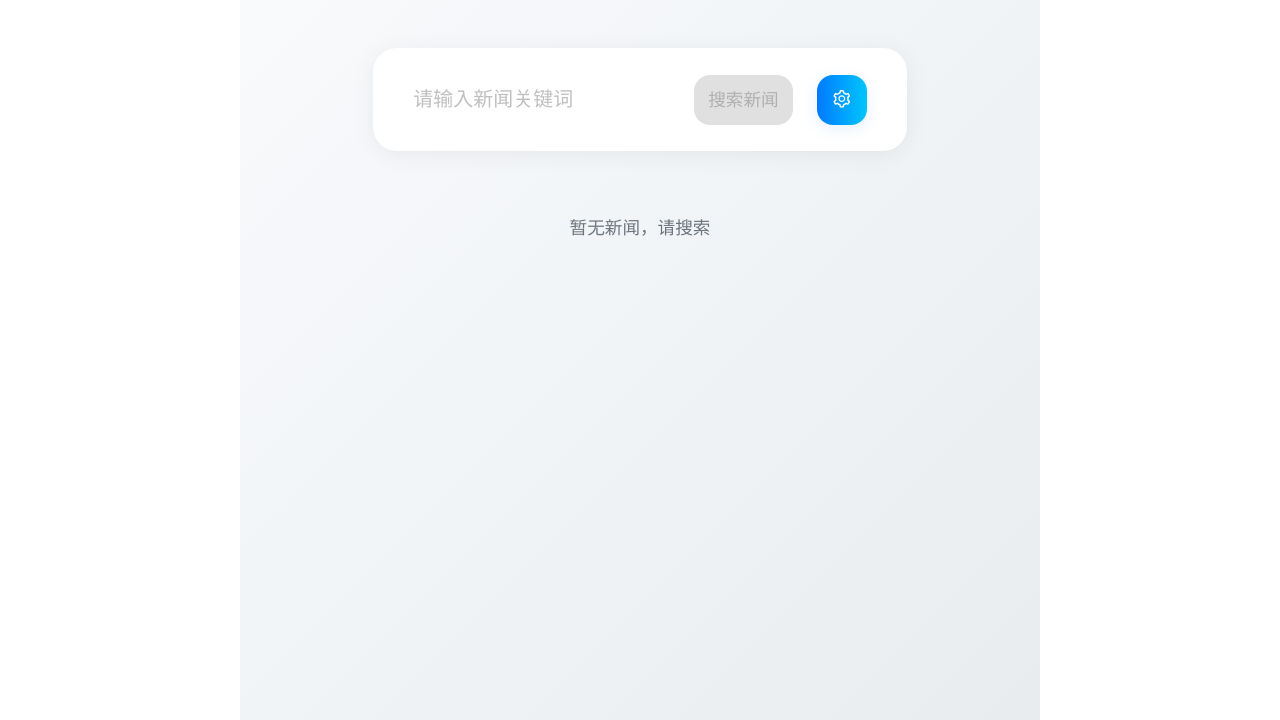
Repository: XJN7197/NewsAssistantBaseMCP
Page: / (app in frontend/)
The author's editor kept a copy of each file at every save. The page is drawn from the files as they stood at one save, then again after the next save.
The browser window is 1280 px wide. The pictures show the whole page.
The project was rebuilt for these pictures with package versions that can differ from the ones it lists, and the page was loaded fresh each time. Also part of the build but not shown: frontend/vite.config.ts.

Above is the page before, as saved 2025-05-23 18:09:35.

### frontend/src/App.tsx
import { useState } from 'react'
import Home from './pages/Home'
import './App.css'

function App() {

  return (
    <>
      <Home/>
    </>
  )
}

export default App

### frontend/src/pages/Home.tsx
import React, { useState  } from 'react';
import { List, Checkbox, Button as AntButton, Input, Spin, Modal, Typography, Form, message } from 'antd'; // Ant Design 组件导入
import 'antd/dist/reset.css'; // 导入 Ant Design 样式
import ReactMarkdown from 'react-markdown';
import remarkGfm from 'remark-gfm';
import styles from './Home.module.css'
import { mockNewsData } from '../mock/newsData'
import { mockReportData } from '../mock/reportData'
import { SettingOutlined } from '@ant-design/icons'; // 导入设置图标

// 假设你有这些组件，后续可单独实现
// import NewsSearch from '../components/NewsSearch'
// import NewsCardList from '../components/NewsCardList'
// import AnalyzeButton from '../components/AnalyzeButton'
// import ReportModal from '../components/ReportModal'

const { Title, Text, Link } = Typography;

const Home: React.FC = () => {
  // 搜索关键词
  const [keyword, setKeyword] = useState('')
  // 新闻列表
  const [newsList, setNewsList] = useState<any[]>([])
  // 选中的新闻项
  const [selectedNews, setSelectedNews] = useState<Set<number>>(new Set());
  // 是否正在加载
  const [loading, setLoading] = useState(false)
  // 分析报告内容
  const [report, setReport] = useState<string | null>(null)
  // 控制报告弹窗显示
  const [showReport, setShowReport] = useState(false)
  // 控制设置弹窗显示
  const [showSettings, setShowSettings] = useState(false);
  // 配置数据
  const [config, setConfig] = useState<any>({});
  // 配置表单实例
  const [configForm] = Form.useForm();
  // 配置加载状态
  const [configLoading, setConfigLoading] = useState(false);
  // 在现有的状态声明下添加
  const [emailModalVisible, setEmailModalVisible] = useState(false);
  const [emailTo, setEmailTo] = useState('');
  const [emailSending, setEmailSending] = useState(false);
  const [showHistory, setShowHistory] = useState(false);
  const [historyReports, setHistoryReports] = useState<any[]>([]);
  const [selectedReport, setSelectedReport] = useState<any>(null);
  // 下载报告处理函数
  const handleDownload = () => {
    if (!report) return;

    const timestamp = new Date().toISOString().replace(/[:.]/g, '-');
    const content = report;
    const fileName = `舆情分析报告_${timestamp}.md`;
    const blob = new Blob([content], { type: 'text/plain;charset=utf-8' });
    const url = window.URL.createObjectURL(blob);
    const link = document.createElement('a');
    link.href = url;
    link.download = fileName;
    document.body.appendChild(link);
    link.click();
    document.body.removeChild(link);
    window.URL.revokeObjectURL(url);
  };

  // 搜索新闻
  const handleSearch = async () => {
    setLoading(true)
    setNewsList([]); // 清空旧的新闻列表
    setReport(null); // 清空旧的报告
    setShowReport(false); // 关闭报告弹窗

    try {
      let data;

      // 根据环境变量决定是否使用mock数据
      if (import.meta.env.VITE_USE_MOCK_NEWS === 'true') {
        // 使用mock数据
        await new Promise(resolve => setTimeout(resolve, 1000)); // 模拟延迟
        data = mockNewsData;
      } else {
        // 使用实际API
        const response = await fetch('http://localhost:8000/search', {
          method: 'POST',
          headers: {
            'Content-Type': 'application/json',
          },
          body: JSON.stringify({ keyword: keyword }),
        });

        if (!response.ok) {
          throw new Error(`HTTP error! status: ${response.status}`);
        }

        data = await response.json();
      }

      // 检查返回的数据结构，确保有 news_list 字段
      if (data && data.news_list) {
        console.log("获取到的新闻数据:", data.news_list);
        // 初始化选中状态，默认全部选中
        const initialNewsList = data.news_list.map((news: any, index: number) => ({ ...news, id: index })); // selected 属性由 selectedNews Set 管理
        setNewsList(initialNewsList);
        const initialSelected = new Set<number>(initialNewsList.map((news: any) => news.id));
        setSelectedNews(initialSelected);
      } else {
        setNewsList([{ error: '未获取到新闻数据或数据格式不正确' }]);
      }

    } catch (error) {
      console.error("搜索新闻失败:", error);
      setNewsList([{ error: `搜索新闻失败: ${error}` }]);
    } finally {
      setLoading(false);
    }
  }

  // 分析新闻
  const handleAnalyze = async () => {
    setLoading(true);
    setReport(null); // 清空旧的报告
    setShowReport(true); // Show modal immediately

    // 过滤出选中的新闻
    const newsToAnalyze = newsList.filter(news => selectedNews.has(news.id));

    if (newsToAnalyze.length === 0) {
        setReport("没有新闻内容可供分析。");
        setLoading(false);
        return;
    }

    try {
      let data;

      // 根据环境变量决定是否使用mock数据
      if (import.meta.env.VITE_USE_MOCK_REPORT === 'true') {
        // 使用mock数据
        await new Promise(resolve => setTimeout(resolve, 1000)); // 模拟延迟
        data = mockReportData;
      } else {
        // 使用实际API
        const response = await fetch('http://localhost:8000/analyze', {
          method: 'POST',
          headers: {
            'Content-Type': 'application/json',
          },
          body: JSON.stringify({ news_list: newsToAnalyze }),
        });

        if (!response.ok) {
          throw new Error(`HTTP error! status: ${response.status}`);
        }

        data = await response.json();
      }

      // 检查返回的数据结构，确保有 report 字段
      if (data && data.report) {
        console.log("获取到的分析报告:", data.report);
        setReport(data.report);
      } else {
        setReport("未获取到分析报告或报告格式不正确");
      }

    } catch (error) {
      console.error("分析新闻失败:", error);
      setReport(`分析新闻失败: ${error}`);
    } finally {
      setLoading(false);
    }
  }



  // 获取配置
  const fetchConfig = async () => {
    setConfigLoading(true);
    try {
      const response = await fetch('http://localhost:8000/config');
      if (!response.ok) {
        throw new Error(`HTTP error! status: ${response.status}`);
      }
      const data = await response.json();
      if (data && data.config) {
        setConfig(data.config);
        configForm.setFieldsValue(data.config); // 设置表单初始值
      } else if (data && data.error) {
        message.error(`获取配置失败: ${data.error}`);
      } else {
        message.error('获取配置失败: 未知错误');
      }
    } catch (error) {
      console.error("获取配置失败:", error);
      message.error(`获取配置失败: ${error}`);
    } finally {
      setConfigLoading(false);
    }
  };

  // 更新配置
  const updateConfig = async (values: any) => {
    setConfigLoading(true);
    try {
      const response = await fetch('http://localhost:8000/config', {
        method: 'POST',
        headers: {
          'Content-Type': 'application/json',
        },
        body: JSON.stringify({ config: values }),
      });

      if (!response.ok) {
        throw new Error(`HTTP error! status: ${response.status}`);
      }

      const data = await response.json();
      if (data && data.status === '✅ .env 文件已更新') {
        message.success('配置更新成功！');
        setConfig(data.config); // 更新本地配置状态
        setShowSettings(false); // 关闭弹窗
      } else if (data && data.error) {
        message.error(`更新配置失败: ${data.error}`);
      } else {
        message.error('更新配置失败: 未知错误');
      }

    } catch (error) {
      console.error("更新配置失败:", error);
      message.error(`更新配置失败: ${error}`);
    } finally {
      setConfigLoading(false);
    }
  };

  // 处理设置按钮点击
  const handleSettingsClick = () => {
    setShowSettings(true);
    fetchConfig(); // 打开弹窗时获取最新配置
  };
    // 添加邮件发送函数
  const handleSendEmail = async () => {
    if (!report || !emailTo) return;

    setEmailSending(true);
    try {
      const response = await fetch('http://localhost:8000/send_email', {
        method: 'POST',
        headers: {
          'Content-Type': 'application/json',
        },
        body: JSON.stringify({
          to: emailTo,
          subject: `舆情分析报告 - ${keyword}`,
          report_content: report
        }),
      });

      const data = await response.json();
      if (data.status === 'success') {
        message.success('邮件发送成功！');
        setEmailModalVisible(false);
      } else {
        message.error(`邮件发送失败: ${data.message}`);
      }
    } catch (error) {
      console.error("邮件发送失败:", error);
      message.error(`邮件发送失败: ${error}`);
    } finally {
      setEmailSending(false);
    }
  };

  // 添加获取历史报告列表函数
  const fetchHistoryReports = async () => {
    setLoading(true);
    try {
      const response = await fetch('http://localhost:8000/reports');
      const data = await response.json();
      if (data.reports) {
        setHistoryReports(data.reports);
      } else if (data.message) {
        message.error(`获取历史报告失败: ${data.message}`);
      }
    } catch (error) {
      console.error("获取历史报告失败:", error);
      message.error(`获取历史报告失败: ${error}`);
    } finally {
      setLoading(false);
    }
  };

  // 添加查看历史报告内容函数
  const viewHistoryReport = async (filename: string) => {
    setLoading(true);
    try {
      const response = await fetch(`http://localhost:8000/reports/${filename}`);
      const data = await response.json();
      if (data.content) {
        setReport(data.content);
        setSelectedReport({
          filename: data.filename
        });
        setShowReport(true);
        setShowHistory(false);
      } else if (data.message) {
        message.error(`获取报告内容失败: ${data.message}`);
      }
    } catch (error) {
      console.error("获取报告内容失败:", error);
      message.error(`获取报告内容失败: ${error}`);
    } finally {
      setLoading(false);
    }
  };

  return (
    <div className={styles['home-container']}>
      {/* 搜索栏 - 使用 Ant Design 组件 */}
      <div className={styles['search-bar']}>
        <Input
          placeholder="请输入新闻关键词"
          value={keyword}
          onChange={e => setKeyword(e.target.value)}
          onPressEnter={handleSearch} // 支持回车搜索
          style={{ flex: 1, fontSize: '1.25rem', padding: '12px 0' }} // 保持原有部分样式
        />
        <AntButton
          type="primary"
          onClick={handleSearch}
          loading={loading}
          disabled={!keyword}
          style={{ borderRadius: '16px', padding: '14px', fontSize: '1.1rem', fontWeight: 500 }} // 保持原有部分样式，并添加右边距
        >
          搜索新闻
        </AntButton>
        {/* 新增设置按钮 */}
        <AntButton
          icon={<SettingOutlined />}
          onClick={handleSettingsClick}
          style={{ width:'50px',borderRadius: '16px', padding: '14px', fontSize: '1.1rem', fontWeight: 500 }}
        />
      </div>

      {/* 新闻列表 - 使用 Ant Design List 组件 */}
      <div className={styles['news-list-container']}> {/* 新增一个容器来控制 List 的宽度和间距 */}
        {loading && newsList.length === 0 && <div style={{ textAlign: 'center', padding: '40px 0' }}><Spin size="large" /></div>}
        {!loading && newsList.length === 0 && <div style={{ textAlign: 'center', color: '#6c757d', fontSize: '1.1rem', padding: '40px 0' }}>暂无新闻，请搜索</div>}
        {newsList.length > 0 && newsList[0].error && (
          <div className={styles['error-message']}>{newsList[0].error}</div>
        )}
        {newsList.length > 0 && !newsList[0].error && (
          <List
            itemLayout="horizontal"
            dataSource={newsList}
            renderItem={item => {
              const onItemChange = (e: any) => {
                setSelectedNews(prevSelected => {
                  const newSelected = new Set(prevSelected);
                  if (e.target.checked) {
                    newSelected.add(item.id);
                  } else {
                    newSelected.delete(item.id);
                  }
                  return newSelected;
                });
              };
              return (
                <List.Item
                  actions={[
                    <Link href={item.url} target="_blank" rel="noopener noreferrer">阅读原文</Link>
                  ]}
                  style={{ background: '#fff', borderRadius: '12px', marginBottom: '16px', padding: '20px', boxShadow: '0 2px 12px 0 rgba(0,0,0,0.05)' }}
                >
                  <List.Item.Meta
                    avatar={<Checkbox checked={selectedNews.has(item.id)} onChange={onItemChange} style={{paddingRight: '10px'}}/>}
                    title={<Title level={5} style={{ margin: 0, fontSize: '1.3rem', fontWeight: 600, color: '#1d1d1f' }}>{item.title}</Title>}
                    description={<Text type="secondary" style={{ fontSize: '1rem', lineHeight: 1.6, display: '-webkit-box', WebkitLineClamp: 3, WebkitBoxOrient: 'vertical', overflow: 'hidden', textOverflow: 'ellipsis' }}>{item.desc}</Text>}
                  />
                </List.Item>
              );
            }}
          />
        )}
      </div>

      {/* 一键分析按钮 - 使用 Ant Design Button */}
      {newsList.length > 0 && !newsList[0].error && (
        <div className={styles['analyze-btn']}>
          <AntButton
            type="primary"
            onClick={handleAnalyze}
            loading={loading}
            disabled={selectedNews.size === 0}
            style={{ borderRadius: '16px', padding: '16px 48px', fontSize: '1.2rem', fontWeight: 600, background: 'linear-gradient(90deg, #34e89e 0%, #0f3443 100%)' }} // 保持原有部分样式
          >
            一键舆情分析
          </AntButton>
        </div>
      )}

      {/* 分析报告弹窗 - 使用 Ant Design Modal */}
      <Modal
        title={<Title level={3} style={{ textAlign: 'center', marginBottom: 0 }}>舆情分析报告</Title>}
        open={showReport}
        onCancel={() => setShowReport(false)}
        footer={[
          <AntButton
            key="download"
            onClick={handleDownload}
            disabled={!report}
            style={{ borderRadius: '12px', marginRight: '8px' }}
          >
            下载报告
          </AntButton>,
          <AntButton
            key="email"
            onClick={() => setEmailModalVisible(true)}
            disabled={!report}
            style={{ borderRadius: '12px', marginRight: '8px' }}
          >
            发送邮件
          </AntButton>,
          <AntButton key="close" type="primary" onClick={() => setShowReport(false)} style={{ borderRadius: '12px' }}>
            关闭
          </AntButton>
        ]}
        width="60vw"
        styles={{ body: { maxHeight: '70vh', overflowY: 'auto', background: '#fff', padding: '24px 40px' } }}
      >
        {loading && !report ? (
          <div style={{ textAlign: 'center', padding: '40px 0' }}>
            <Spin size="large" tip="分析报告生成中..." />
          </div>
        ) : report ? (
          <ReactMarkdown remarkPlugins={[remarkGfm]}>{report}</ReactMarkdown>
        ) : (
          <Text>报告生成中或无内容...</Text>
        )}
      </Modal>

      {/* 邮件发送弹窗 */}
      <Modal
        title="发送分析报告到邮箱"
        open={emailModalVisible}
        onCancel={() => setEmailModalVisible(false)}
        footer={[
          <AntButton key="cancel" onClick={() => setEmailModalVisible(false)} style={{ borderRadius: '12px' }}>
            取消
          </AntButton>,
          <AntButton
            key="send"
            type="primary"
            loading={emailSending}
            onClick={handleSendEmail}
            disabled={!emailTo}
            style={{ borderRadius: '12px' }}
          >
            发送
          </AntButton>,
        ]}
      >
        <Form layout="vertical">
          <Form.Item
            label="收件人邮箱"
            rules={[{ required: true, message: '请输入收件人邮箱!' }]}
          >
            <Input
              placeholder="请输入收件人邮箱"
              value={emailTo}
              onChange={e => setEmailTo(e.target.value)}
            />
          </Form.Item>
        </Form>
      </Modal>
      {/* 设置弹窗 */}
      <Modal
        title={<Title level={3} style={{ textAlign: 'center', marginBottom: 0 }}>配置设置</Title>}
        open={showSettings}
        onCancel={() => setShowSettings(false)}
        footer={[
          <AntButton key="cancel" onClick={() => setShowSettings(false)} style={{ borderRadius: '12px' }}>
            取消
          </AntButton>,
          <AntButton key="submit" type="primary" loading={configLoading} onClick={() => configForm.submit()} style={{ borderRadius: '12px' }}>
            保存
          </AntButton>,
        ]}
        width="50vw"
        styles={{ body: { maxHeight: '70vh', overflowY: 'auto', background: '#fff', padding: '24px 40px' } }}
      >
        {configLoading && Object.keys(config).length === 0 ? (
          <div style={{ textAlign: 'center', padding: '40px 0' }}>
            <Spin size="large" tip="加载配置中..." />
          </div>
        ) : (
          <Form
            form={configForm}
            layout="vertical"
            onFinish={updateConfig}
            initialValues={config} // 使用状态中的配置作为初始值
          >
            {Object.keys(config).map(key => (
              <Form.Item
                key={key}
                label={key}
                name={key}
                rules={[{ required: true, message: `请输入 ${key}!` }]} // 简单的必填校验
              >
                <Input />
              </Form.Item>
            ))}
          </Form>
        )}
      </Modal>
    </div>
  )
}

export default Home

### frontend/src/mock/newsData.ts
export const mockNewsData = {
    news_list: [
      {
        title: "Qwen引领AI前端技术革新：深度解析一句话开发网页的突破_模型_行业_创新",
        desc: "在人工智能快速发展的2025年，来自量子位的最新报道显示，AI技术正迎来前所未有的革新，尤其是在前端开发领域。由Qwen推出的“AI前端工程师”WebDev工具，以...",
        url: "https://news.sohu.com/a/893821748_121924584"
      },
      {
        title: "谷歌推Gemini2.5Pro模型，AI 助力前端开发与复杂编程",
        desc: "谷歌推Gemini2.5Pro模型#，AI 助力前端开发与复杂编程】5 月7 日消息，科技媒体The Decoder 昨日（5 月6 日）发布博文，报道称谷歌为预热今年的I/O...",
        url: "https://news.sina.com.cn/external/car/2025-05-07/doc-inevtine1324735.shtml"
      },
      {
        title: "前端程序员请注意！首个截图就能生成现代前端代码的AI来了 | 已开源",
        desc: "现在截图生成代码，已经来到了一个新高度——. ⾸个⾯向现代前端代码⽣成的多模态⼤模型解决⽅案，来了！ 而且是开源的那种。 前端程序员请注意！首个截图就能...",
        url: "https://www.qbitai.com/2025/02/258521.html"
      },
      {
        title: "AI包办79%代码，程序员饭碗不保，前端开发要凉，人类只配改Bug？",
        desc: "编码助手更偏向自动化。有79%的Claude Code对话可以被归为「自动化」，即AI直接完成任务，而不是与人类协作「增强」。相比之下，Claude.ai的对话中只有49%是...",
        url: "https://m.36kr.com/p/3271134281245063"
      },
      {
        title: "武汉烽火申请前后端协同开发方法专利，大大降低前后端耦合度",
        desc: "本文源自:金融界. 金融界2025年5月15日消息，国家知识产权局信息显示，武汉烽火信息集成技术有限公司申请一项名为“前后端协同开发方法、装置、设备及可...",
        url: "https://cj.sina.cn/articles/view/1704103183/65928d0f02007wlqg?froms=ggmp"
      }
    ]
  };

### frontend/src/mock/reportData.ts
// 模拟舆情分析报告数据
export const mockReportData = {
  report: `
  **分析时间：** 2025-05-22 20:48:32

  ---

  ## 📥 原始新闻内容

  ### 新闻1
  - **标题**: Qwen引领AI前端技术革新：深度解析一句话开发网页的突破_模型_行业_创新
  - **描述**: 在人工智能快速发展的2025年，来自量子位的最新报道显示，AI技术正迎来前所未有的革新，尤其是在前端开发领域。由Qwen推出的“AI前端工程师”WebDev工具，以...
  - **链接**: https://news.sohu.com/a/893821748_121924584

  ### 新闻2
  - **标题**: 谷歌推Gemini2.5Pro模型，AI 助力前端开发与复杂编程
  - **描述**: 谷歌推Gemini2.5Pro模型#，AI 助力前端开发与复杂编程】5 月7 日消息，科技媒体The Decoder 昨日（5 月6 日）发布博文，报道称谷歌为预热今年的I/O...
  - **链接**: https://news.sina.com.cn/external/car/2025-05-07/doc-inevtine1324735.shtml

  ### 新闻3
  - **标题**: 前端程序员请注意！首个截图就能生成现代前端代码的AI来了 | 已开源
  - **描述**: 现在截图生成代码，已经来到了一个新高度——. ⾸个⾯向现代前端代码⽣成的多模态⼤模型解决⽅案，来了！ 而且是开源的那种。 前端程序员请注意！首个截图就能...
  - **链接**: https://www.qbitai.com/2025/02/258521.html

  ### 新闻4
  - **标题**: AI包办79%代码，程序员饭碗不保，前端开发要凉，人类只配改Bug？
  - **描述**: 编码助手更偏向自动化。有79%的Claude Code对话可以被归为「自动化」，即AI直接完成任务，而不是与人类协作「增强」。相比之下，Claude.ai的对话中只有49%是...
  - **链接**: https://m.36kr.com/p/3271134281245063

  ### 新闻5
  - **标题**: 武汉烽火申请前后端协同开发方法专利，大大降低前后端耦合度
  - **描述**: 本文源自:金融界. 金融界2025年5月15日消息，国家知识产权局信息显示，武汉烽火信息集成技术有限公司申请一项名为“前后端协同开发方法、装置、设备及可...
  - **链接**: https://cj.sina.cn/articles/view/1704103183/65928d0f02007wlqg?froms=ggmp

  ---

  ## 📊 分析结果

  ### 舆情分析报告
  **日期**：2025年5月
  **分析范围**：五篇关于AI与前端开发的新闻

  ---

  #### **一、情绪倾向分析**
  | 新闻编号 | 情绪倾向 | 原因说明 |
  |----------|----------|----------|
  | **新闻1** | **正面** | 强调Qwen的“革新”“突破”等词汇，突出AI技术对前端开发的赋能，传递积极创新信号。 |
  | **新闻2** | **正面** | 谷歌推出新模型推动“AI助力前端开发”，体现技术迭代的行业趋势，语气温和但积极。 |
  | **新闻3** | **正面** | 聚焦“首个截图生成代码”“开源”等关键词，展示AI工具的实用性和开放性，引发开发者关注。 |
  | **新闻4** | **负面** | 标题直接使用“饭碗不保”“要凉”等强烈词汇，讨论AI对程序员职业的冲击，情绪偏担忧。 |
  | **新闻5** | **正面** | 武汉烽火的专利申请聚焦“降低耦合度”技术优化，体现行业对效率提升的关注，属中性积极技术报道。 |

  ---

  #### **二、舆情总结**
  1. **技术革新主导正面情绪**
     - 多篇新闻聚焦AI在前端开发中的创新应用（如Qwen、Gemini2.5Pro、开源工具），强调效率提升、自动化开发等优势，反映行业对AI技术的期待与认可。
     - 专利申请（新闻5）进一步表明企业对技术优化的重视，传递积极发展趋势。

  2. **负面情绪集中于就业风险**
     - 新闻4通过“79%代码由AI包办”“程序员饭碗不保”等表述，引发对AI替代人力的焦虑，负面情绪显著，但未否认技术价值。

  3. **行业矛盾与机遇并存**
     - 正面报道多关注技术突破，负面内容则反映人类与AI协作模式的争议，整体呈现“技术进步”与“职业担忧”的双重叙事。

  ---

  #### **三、建议**
  - **技术开发者**：关注AI工具的开源与迭代（如新闻3），同时提升复合技能以适应自动化趋势。
  - **企业与政策制定者**：平衡技术应用与就业保障，推动人机协作模式的探索。
  - **媒体传播**：客观呈现AI对行业的赋能与挑战，避免过度渲染负面情绪。

  **结论**：当前舆情以技术革新为核心积极主题，但需警惕AI对职业结构的潜在冲击，行业需在创新与人文关怀间寻求平衡。
`
}

Loaded but not shown: frontend/index.html (common file); frontend/src/main.tsx (common file); frontend/src/index.css (common file); frontend/src/App.css (common file); frontend/src/pages/Home.module.css (113 lines, source omitted)

After the next save:
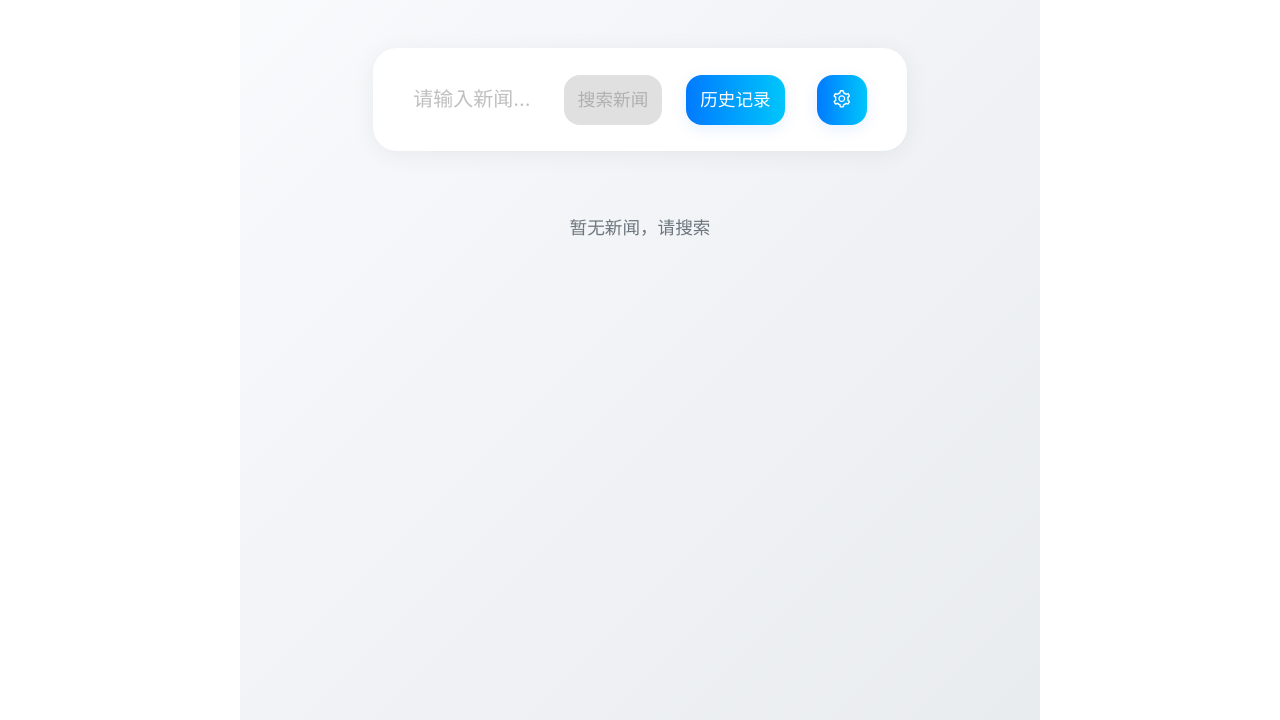
Saved 35 s later.
--- a/frontend/src/pages/Home.tsx
+++ b/frontend/src/pages/Home.tsx
@@ -316,6 +316,7 @@ const Home: React.FC = () => {
   return (
     <div className={styles['home-container']}>
       {/* 搜索栏 - 使用 Ant Design 组件 */}
+      {/* 在搜索栏中添加历史记录按钮 */}
       <div className={styles['search-bar']}>
         <Input
           placeholder="请输入新闻关键词"
@@ -333,14 +334,81 @@ const Home: React.FC = () => {
         >
           搜索新闻
         </AntButton>
-        {/* 新增设置按钮 */}
+        {/* 历史记录按钮 */}
+        <AntButton
+          onClick={() => {
+            setShowHistory(true);
+            fetchHistoryReports();
+          }}
+          style={{ borderRadius: '16px', padding: '14px', fontSize: '1.1rem', fontWeight: 500, marginRight: '8px' }}
+        >
+          历史记录
+        </AntButton>
+        {/* 设置按钮 */}
         <AntButton
           icon={<SettingOutlined />}
           onClick={handleSettingsClick}
           style={{ width:'50px',borderRadius: '16px', padding: '14px', fontSize: '1.1rem', fontWeight: 500 }}
         />
       </div>
-
+      {/* 历史记录弹窗 */}
+      <Modal
+        title={<Title level={3} style={{ textAlign: 'center', marginBottom: 0 }}>历史分析报告</Title>}
+        open={showHistory}
+        onCancel={() => setShowHistory(false)}
+        footer={[
+          <AntButton key="close" type="primary" onClick={() => setShowHistory(false)} style={{ borderRadius: '12px' }}>
+            关闭
+          </AntButton>
+        ]}
+        width="60vw"
+        styles={{ body: { maxHeight: '70vh', overflowY: 'auto', background: '#fff', padding: '24px 40px' } }}
+      >
+        {loading ? (
+          <div style={{ textAlign: 'center', padding: '40px 0' }}>
+            <Spin size="large" tip="加载历史报告中..." />
+          </div>
+        ) : historyReports.length > 0 ? (
+          <List
+            itemLayout="horizontal"
+            dataSource={historyReports}
+            renderItem={item => (
+              <List.Item
+                actions={[
+                  <AntButton type="link" onClick={() => viewHistoryReport(item.filename)}>查看</AntButton>,
+                  <AntButton
+                    type="link"
+                    onClick={() => {
+                      viewHistoryReport(item.filename).then(() => {
+                        setEmailModalVisible(true);
+                      });
+                    }}
+                  >
+                    发送邮件
+                  </AntButton>
+                ]}
+                style={{ background: '#fff', borderRadius: '12px', marginBottom: '16px', padding: '20px', boxShadow: '0 2px 12px 0 rgba(0,0,0,0.05)' }}
+              >
+                <List.Item.Meta
+                  title={<Title level={5} style={{ margin: 0, fontSize: '1.3rem', fontWeight: 600, color: '#1d1d1f' }}>{item.keyword || '未知关键词'}</Title>}
+                  description={
+                    <div>
+                      <Text type="secondary" style={{ fontSize: '1rem', display: 'block', marginBottom: '8px' }}>
+                        创建时间: {item.created_at}
+                      </Text>
+                      <Text type="secondary" style={{ fontSize: '1rem', lineHeight: 1.6, display: '-webkit-box', WebkitLineClamp: 2, WebkitBoxOrient: 'vertical', overflow: 'hidden', textOverflow: 'ellipsis' }}>
+                        {item.summary}
+                      </Text>
+                    </div>
+                  }
+                />
+              </List.Item>
+            )}
+          />
+        ) : (
+          <div style={{ textAlign: 'center', color: '#6c757d', fontSize: '1.1rem', padding: '40px 0' }}>暂无历史报告</div>
+        )}
+      </Modal>
       {/* 新闻列表 - 使用 Ant Design List 组件 */}
       <div className={styles['news-list-container']}> {/* 新增一个容器来控制 List 的宽度和间距 */}
         {loading && newsList.length === 0 && <div style={{ textAlign: 'center', padding: '40px 0' }}><Spin size="large" /></div>}
